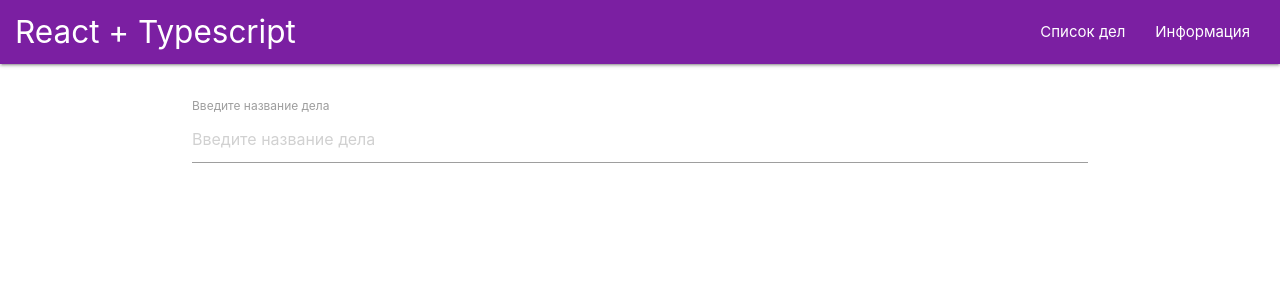
Repository: tsydikov/react_typescript_todo
Page: /
These files come from the project's save history. The page is drawn as it stood at one moment and after the next save; the edit follows.
The browser window is 1280 px wide. The pictures show the whole page.
The project was rebuilt for these pictures with package versions that can differ from the ones it lists, and the page was loaded fresh each time. Also part of the build but not shown: src/pages/AboutPage.tsx.

Above is the page before, as saved 2021-08-12 12:12:01.

### src/index.css
body {
  margin: 0;
  font-family: -apple-system, BlinkMacSystemFont, 'Segoe UI', 'Roboto', 'Oxygen',
    'Ubuntu', 'Cantarell', 'Fira Sans', 'Droid Sans', 'Helvetica Neue',
    sans-serif;
  -webkit-font-smoothing: antialiased;
  -moz-osx-font-smoothing: grayscale;
}

code {
  font-family: source-code-pro, Menlo, Monaco, Consolas, 'Courier New',
    monospace;
}

.px1 {
  padding-left: 1rem;
  padding-right: 1rem;
}

.mt2 {
  margin-top: 2rem;
}

.todo {
  margin-bottom: 1rem;
}

.todo.completed span {
  text-decoration: line-through;
}

.todo label {
  width: 100%;
  display: flex;
  align-items: center;
  justify-content: space-between;
  cursor: pointer;
  padding: 1rem;
  background: #f3f3f3;
}

.todo i {
  z-index: 2;
}

### src/App.tsx
import React from 'react';
import {BrowserRouter, Switch, Route} from 'react-router-dom'
import { Navbar } from './components/Navbar';
import { TodosPage } from './pages/TodosPage'
import { AboutPage } from './pages/AboutPage'

const App: React.FC = () => {
  return (
    <BrowserRouter>
      <Navbar />
      <div className="container">
        <Switch>
          <Route component={TodosPage} path="/" exact />
          <Route component={AboutPage} path="/about" />
        </Switch>
      </div>
    </BrowserRouter>
  )
}

export default App;

### src/components/Navbar.tsx
import React from 'react'
import {NavLink} from 'react-router-dom'


export const Navbar: React.FC = () => (
    <nav>
    <div className="nav-wrapper purple darken-2 px1">
      <a href="/" className="brand-logo">React + Typescript</a>
      <ul className="right hide-on-med-and-down">
        <li><NavLink to="/">Список дел</NavLink></li>
        <li><NavLink to="/about">Информация</NavLink></li>
      </ul>
    </div>
  </nav>
)

### src/pages/TodosPage.tsx
import React, {useState, useEffect} from 'react'
import { TodoForm } from '../components/TodoForm';
import { TodoList } from '../components/TodoList';
import { ITodo } from '../interfaces';

declare var confirm: (question:string) => boolean

export const TodosPage: React.FC = () => {

        const [todos, setTodos] = useState<ITodo[]>([])

        useEffect(() => {
          const saved = JSON.parse(localStorage.getItem('todos') || '[]') as ITodo[]

          setTodos(saved)
        }, [])

        useEffect(() => {
          localStorage.setItem('todos', JSON.stringify(todos))
        }, [todos])

        const addHandler = (title:string) => {
          const newTodo: ITodo ={
            title:title,
            id: Date.now(),
            completed: false
          }

          // setTodos([newTodo, ...todos])
          setTodos(prev => [newTodo, ...prev])
        }
          const toggleHandler = (id: number) => {
            setTodos(prev =>
              prev.map(todo => {
              if (todo.id === id) {
                return {
                  ...todo,
                  completed: !todo.completed
                }
              }
              return todo
            }))
          }

        const removeHandler = (id:number) => {
          const shoudRemove = confirm('Вы уверены, что хотите удалить дело?')
          if (shoudRemove) {
            setTodos(prev => prev.filter(todo => todo.id !== id))
          }

        }

    return <React.Fragment>
        <TodoForm onAdd={addHandler}/>

        <TodoList
        todos={todos}
        onToggle={toggleHandler}
        onRemove={removeHandler}
        />
        </React.Fragment>
}

### src/components/TodoForm.tsx
import React, {useRef} from 'react'

interface TodoFormProps{
    onAdd(title:string): void
}

export const TodoForm: React.FC<TodoFormProps> = (props) => {
    // const [title, setTitle] = useState<string>('')
    const ref = useRef<HTMLInputElement>(null)

    // const ChangeHandler = (event:React.ChangeEvent<HTMLInputElement>) => {
    //     setTitle(event.target.value)
    // }

    const keyPressHandler = (event:React.KeyboardEvent) => {
        if (event.key === 'Enter') {
            props.onAdd(ref.current!.value)
            ref.current!.value=''
            // console.log(title)
            // setTitle('')
        }
    }

    return (
        <div className="imput-field mt2">
            <label htmlFor="title" className="active">
                Введите название дела
            </label>
            <input
                // onChange={ChangeHandler}
                // value={title}
                ref={ref}
                type="text"
                id="title"
                placeholder="Введите название дела"
                onKeyPress={keyPressHandler}
            />

        </div>
    )
}

### src/components/TodoList.tsx
import React from 'react'
import { ITodo } from '../interfaces'

type TodoListProps = {
    todos: ITodo[]
}

export const TodoList: React.FC<TodoListProps> = ({todos}) => {
    return (
        <ul>
            {todos.map(todo => {
                const classes = ['todo']
                if (todo.completed) {
                    classes.push('completed')
                }

                return (
                    <li className={classes.join(' ')} key={todo.id}>
                        <label>
                            <input type="checkbox" checked={todo.completed}/>
                            <span>{todo.title}</span>
                            <i className="material-icons red-text">delete</i>
                        </label>
                    </li>
                )
            })}

        </ul>
    )
}

Loaded but not shown: public/index.html (common file); src/index.js (common file); src/reportWebVitals.js (common file)

After the next save:
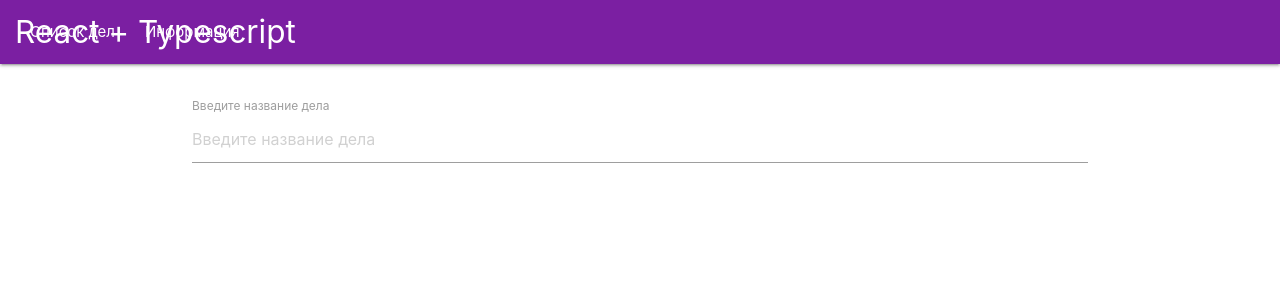
Saved 60 s later.
--- a/src/components/Navbar.tsx
+++ b/src/components/Navbar.tsx
@@ -6,7 +6,7 @@
     <nav>
     <div className="nav-wrapper purple darken-2 px1">
       <a href="/" className="brand-logo">React + Typescript</a>
-      <ul className="right hide-on-med-and-down">
+      <ul className="left hide-on-med-and-down">
         <li><NavLink to="/">Список дел</NavLink></li>
         <li><NavLink to="/about">Информация</NavLink></li>
       </ul>
